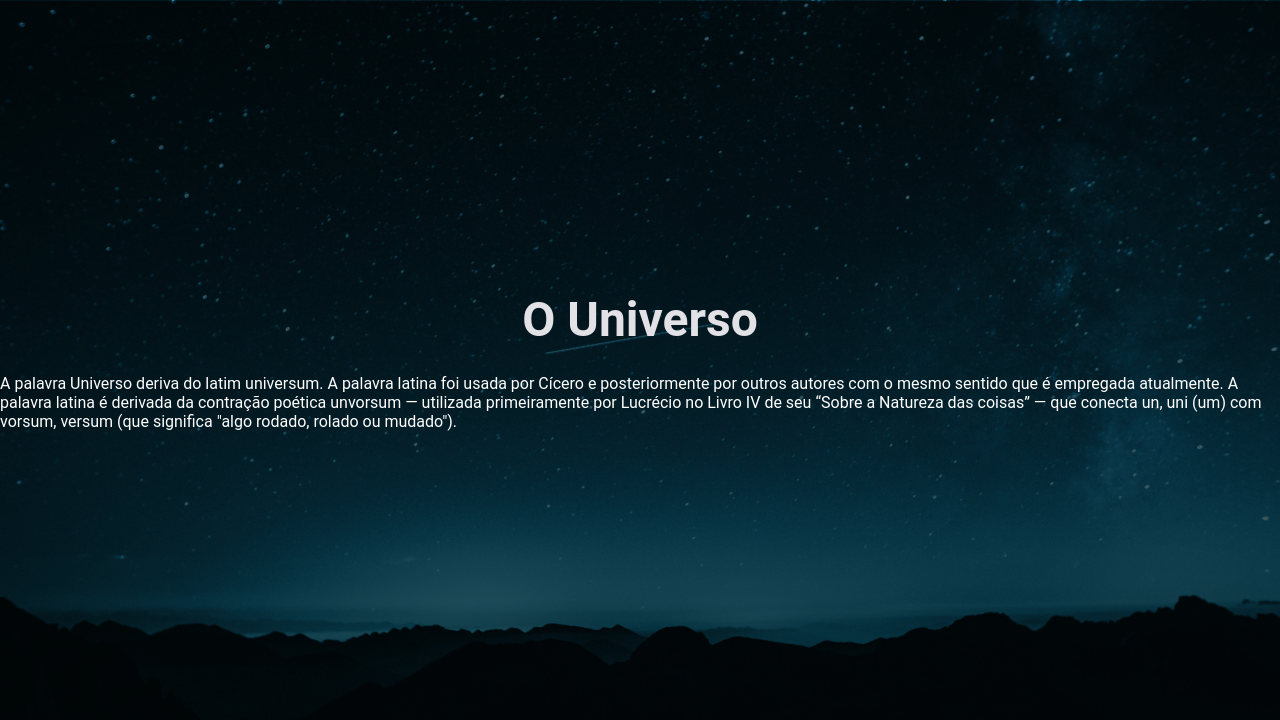
Repository: eltonneiferson/spaUniverse
Page: universe.html
These files come from the project's save history. The page is drawn as it stood at one moment and after a run of saves; the edit follows.
The browser window is 1280 px wide. The pictures show the whole page.

Above is the page before, as saved 2022-10-26 22:50:10.

After the next 4 saves:
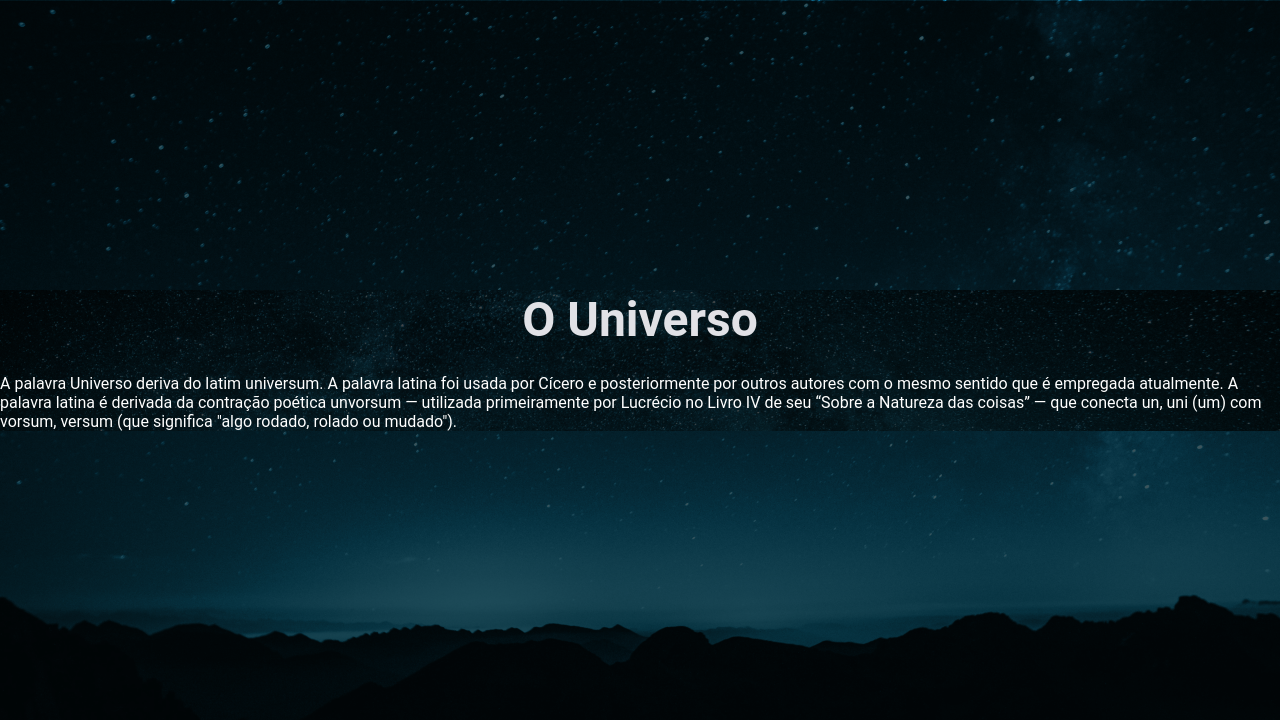
The 4 saves are shown as one change because they came seconds apart.
The last was saved 16 s later.
--- a/index.css
+++ b/index.css
@@ -50,7 +50,7 @@ main {
 }
 
 main#universe {
-
+    background-image: url(bkg2.png);
 }
 
 main h1 {
